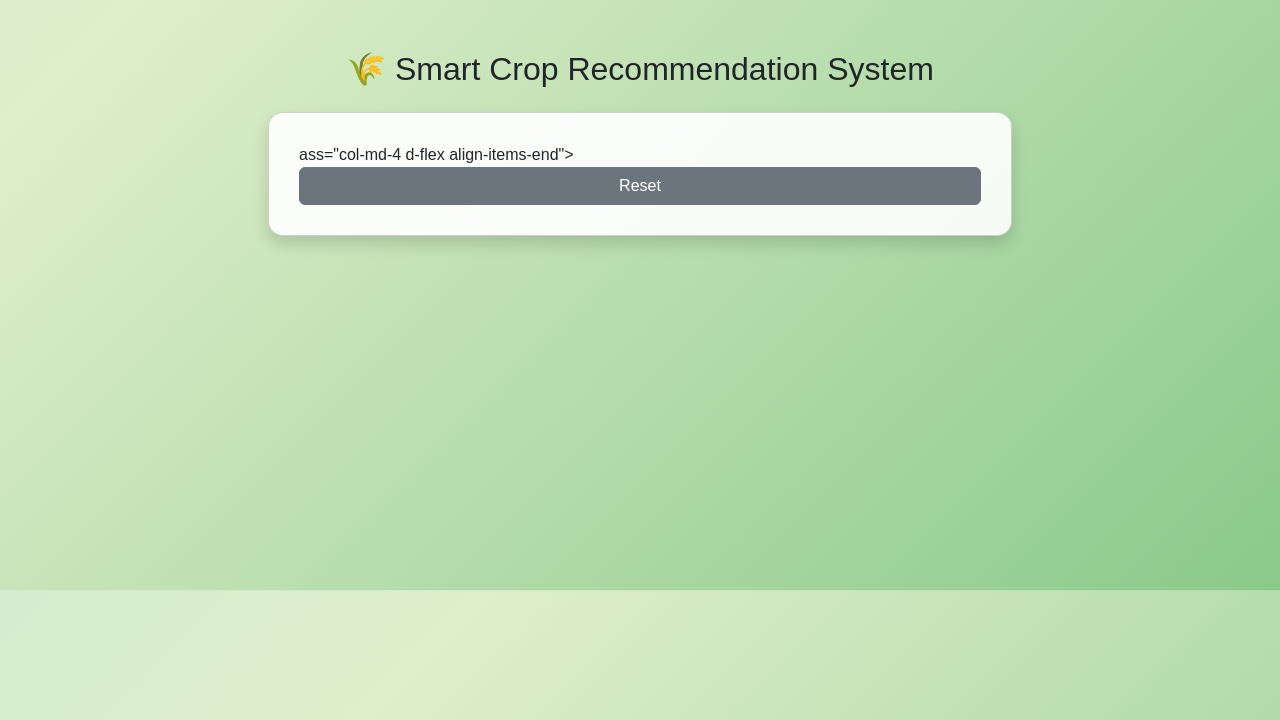
Repository: imdhanush13/Smart-Crop-recom
Page: http://localhost/
These files come from the project's save history. The page is drawn as it stood at one moment and after a run of saves; the edit follows.
The browser window is 1280 px wide. The pictures show the whole page.
The page is served by the project's application, run on Flask 3 (app.py).

Above is the page before, as saved 2025-06-17 03:28:07.

After the next 2 saves:
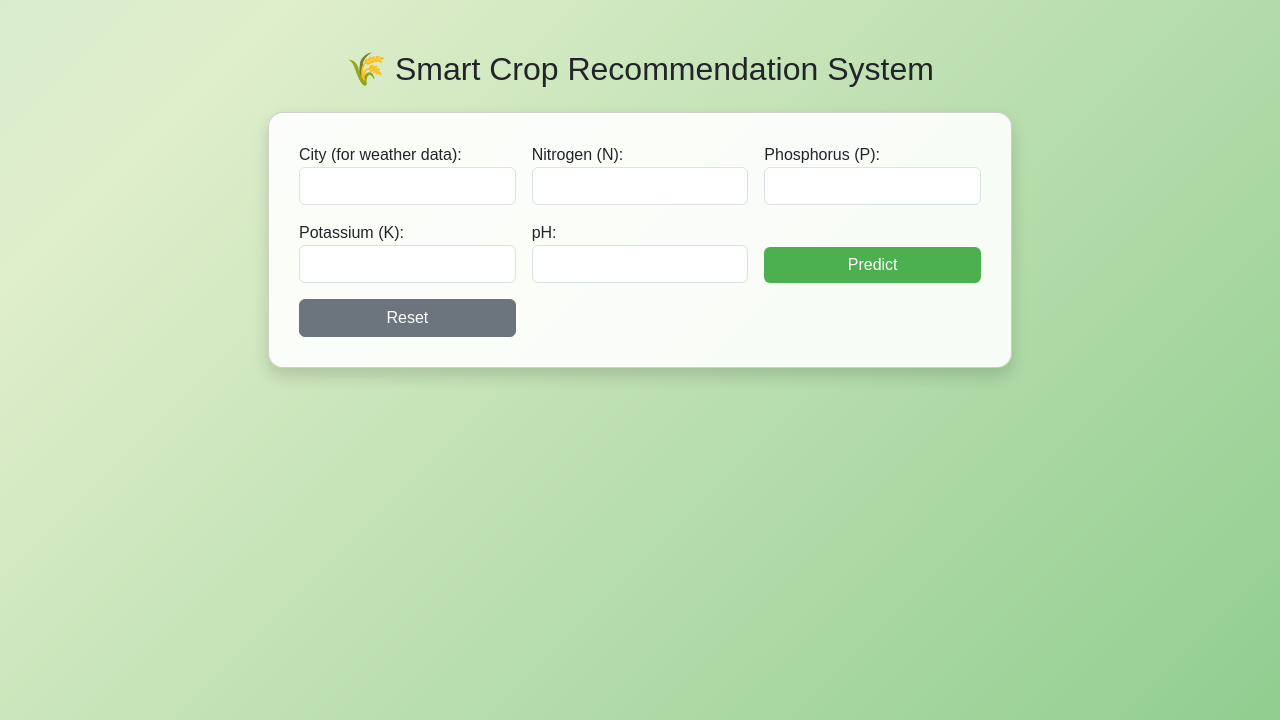
The 2 saves are shown as one change because they came seconds apart.
The last was saved 9 s later.
--- a/templates/index.html
+++ b/templates/index.html
@@ -42,11 +42,36 @@
     <div class="container">
         <h2 class="text-center mb-4">🌾 Smart Crop Recommendation System</h2>
         <div class="card shadow col-lg-8 mx-auto">
-            ass="col-md-4 d-flex align-items-end">
-                        <a href="/" class="btn btn-secondary w-100">Reset</a>
-                    </div>
-                </div>
-            </form>
+            <form method="POST" action="/predict">
+    <div class="row g-3">
+        <div class="col-md-4">
+            <label for="city">City (for weather data):</label>
+            <input type="text" name="city" id="city" class="form-control" required>
+        </div>
+        <div class="col-md-4">
+            <label for="N">Nitrogen (N):</label>
+            <input type="number" name="N" id="N" class="form-control" required>
+        </div>
+        <div class="col-md-4">
+            <label for="P">Phosphorus (P):</label>
+            <input type="number" name="P" id="P" class="form-control" required>
+        </div>
+        <div class="col-md-4">
+            <label for="K">Potassium (K):</label>
+            <input type="number" name="K" id="K" class="form-control" required>
+        </div>
+        <div class="col-md-4">
+            <label for="ph">pH:</label>
+            <input type="number" step="any" name="ph" id="ph" class="form-control" required>
+        </div>
+        <div class="col-md-4 d-flex align-items-end">
+            <input type="submit" value="Predict" class="btn btn-success w-100">
+        </div>
+        <div class="col-md-4 d-flex align-items-end">
+            <a href="/" class="btn btn-secondary w-100">Reset</a>
+        </div>
+    </div>
+</form>
 
             {% if show_prediction %}
             <div class="alert alert-info mt-4 text-center">
